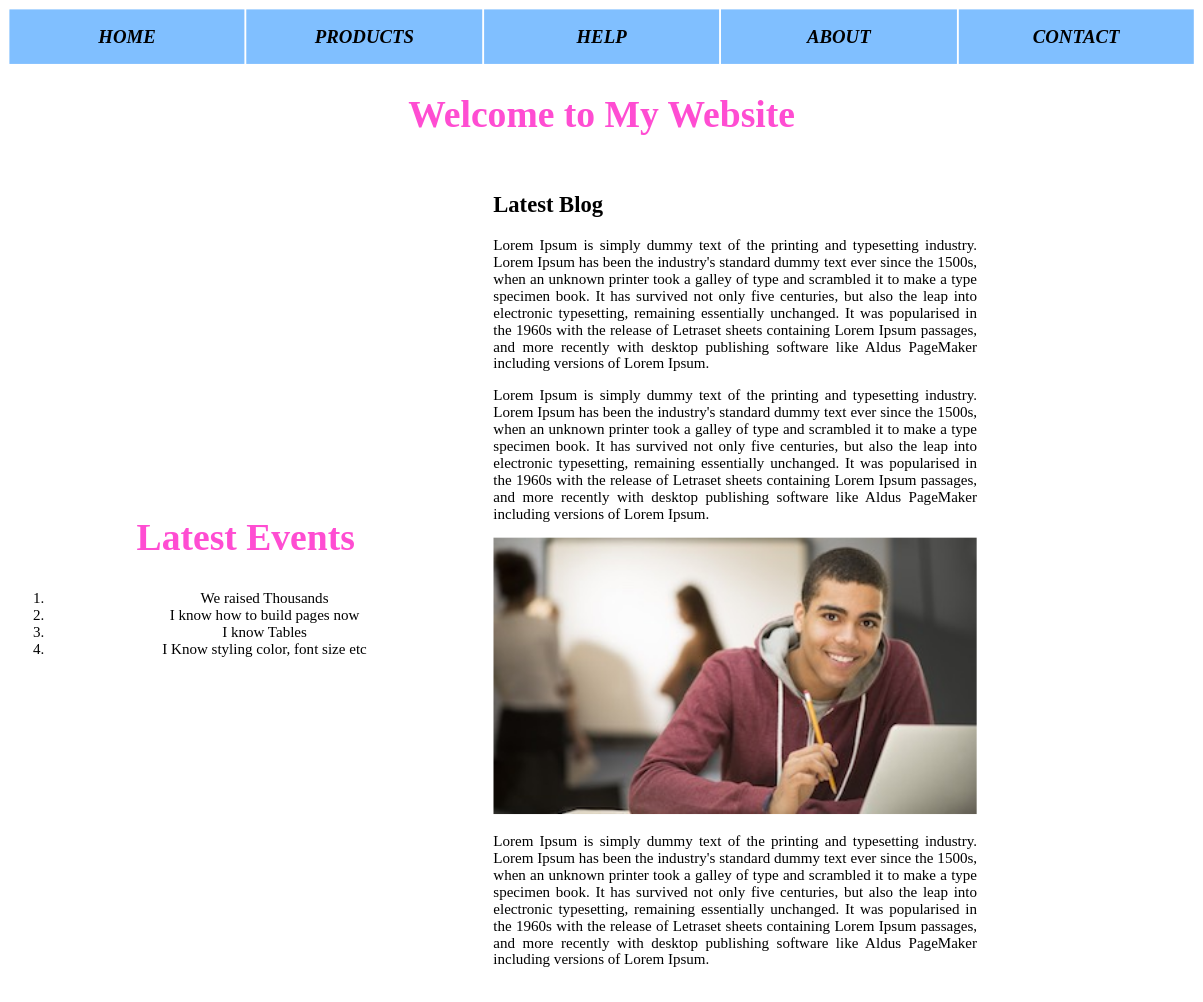
Repository: LiamMcC/webforDunboyne
Page: recap/index.html
The author's editor kept a record of every edit. The page is drawn from the files as they stood at one moment, then again after the next edit.
The browser window is 1280 px wide. The pictures show the whole page, at 94% of full size.

Above is the page before.

### recap/index.html
<!DOCTYPE html>
<html>
  <head>
    <meta charset="UTF-8">
    <title>Fancy Page Layout</title>
  </head>
  <body>

  <!-- now we will create a table -->
  <!-- lets style this page -->
  <table style="width:100%;text-align:center;">

      <!-- now we will create one row -->

      <tr style="background-color:#80bfff; height:50px;">
          <!-- now we will create 5 cells -->
          <td style="width: 20%;"><h2 style="font-size:20px;"><i>HOME</i></h2></td>
          <td style="width: 20%;"><h2 style="font-size:20px;"><i>PRODUCTS</i></td>
          <td style="width: 20%;"><h2 style="font-size:20px;"><i>HELP</i></td>
          <td style="width: 20%;"><h2 style="font-size:20px;"><i>ABOUT</i></td>
          <td style="width: 20%;"><h2 style="font-size:20px;"><i>CONTACT</i></td>
      </tr>

      <!-- Save and view in the browser -->

      <!-- stay inside the table tag and let us now create another row remember tr -->

      <tr >
          <!-- lets create another cell only this time let us make it full width of the table so we have 5 columns so give this one a
          col span of 5 -->
          <td colspan="5"><h1 style="color:#ff4dd2; font-size:40px;">Welcome to My Website</h1></td>

      </tr>


            <tr >

          <td colspan="2"><h2 style="color:#ff4dd2; font-size:40px;">Latest Events</h2>
          <!-- Lets make a list -->

          <ol> <!-- Ordered list is numbered list each li is a new point -->
              <li>We raised Thousands</li>
              <li>I know how to build pages now</li>
              <li>I know Tables</li>
              <li>I Know styling color, font size etc</li>


          </ol>
          </td>

          <td colspan="3" style="text-align: justify;padding:10px; ">

              <h2>Latest Blog</h2>

            <p style="width: 70%;">Lorem Ipsum is simply dummy text of the printing and typesetting industry. Lorem Ipsum has been the industry's standard dummy text ever since the 1500s, when an unknown printer took a galley of type and scrambled it to make a type specimen book. It has survived not only five centuries, but also the leap into electronic typesetting, remaining essentially unchanged. It was popularised in the 1960s with the release of Letraset sheets containing Lorem Ipsum passages, and more recently with desktop publishing software like Aldus PageMaker including versions of Lorem Ipsum.</p>
              <p style="width: 70%;">Lorem Ipsum is simply dummy text of the printing and typesetting industry. Lorem Ipsum has been the industry's standard dummy text ever since the 1500s, when an unknown printer took a galley of type and scrambled it to make a type specimen book. It has survived not only five centuries, but also the leap into electronic typesetting, remaining essentially unchanged. It was popularised in the 1960s with the release of Letraset sheets containing Lorem Ipsum passages, and more recently with desktop publishing software like Aldus PageMaker including versions of Lorem Ipsum.</p>

              <img src="images/happyguy.jpg" alt="where is my happy guy" style="width:70%;">

              <p style="width: 70%;">Lorem Ipsum is simply dummy text of the printing and typesetting industry. Lorem Ipsum has been the industry's standard dummy text ever since the 1500s, when an unknown printer took a galley of type and scrambled it to make a type specimen book. It has survived not only five centuries, but also the leap into electronic typesetting, remaining essentially unchanged. It was popularised in the 1960s with the release of Letraset sheets containing Lorem Ipsum passages, and more recently with desktop publishing software like Aldus PageMaker including versions of Lorem Ipsum.</p>


          </td>

      </tr>


  </table>



  </body>
</html>

After the next edit:
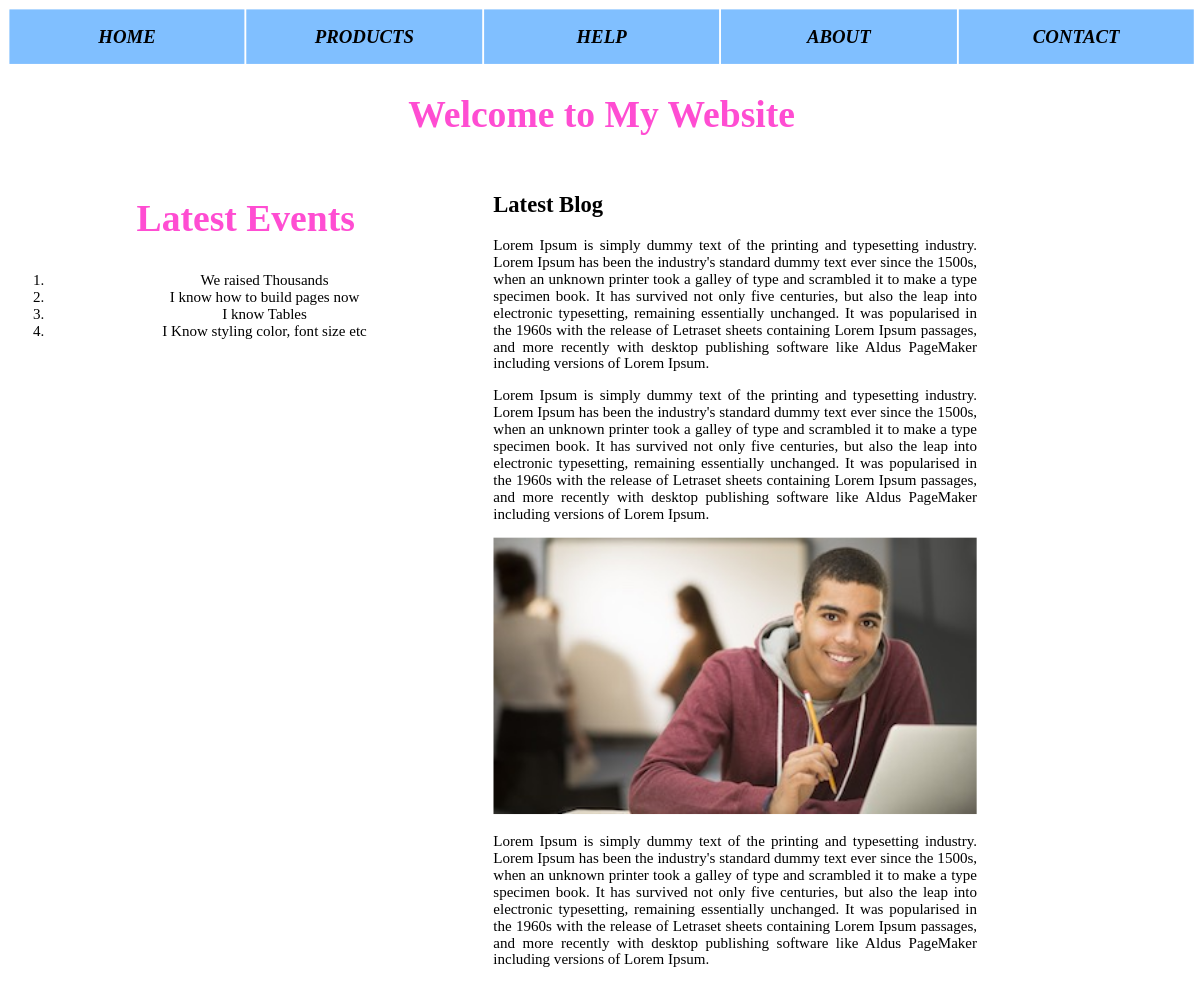
The edit:
--- a/recap/index.html
+++ b/recap/index.html
@@ -35,7 +35,7 @@
 
             <tr >
 
-          <td colspan="2"><h2 style="color:#ff4dd2; font-size:40px;">Latest Events</h2>
+          <td colspan="2" style="vertical-align: top;"><h2 style="color:#ff4dd2; font-size:40px;">Latest Events</h2>
           <!-- Lets make a list -->
 
           <ol> <!-- Ordered list is numbered list each li is a new point -->
